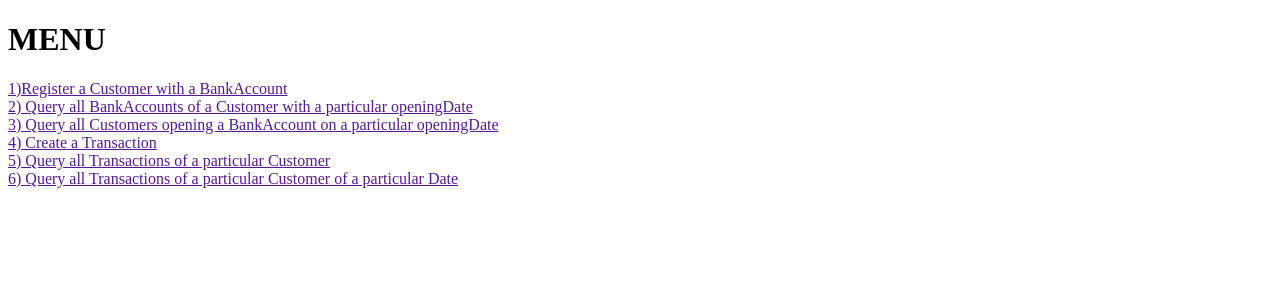
Repository: rajeshmalviya2011/MyRepo
Page: http://localhost/tcjassignment/home.jsp
An editor plug-in stored every save of this project. The page is shown before and after the next save, followed by the edit.
The browser window is 1280 px wide. The pictures show the whole page.
The page is served by Tomcat 9.

Above is the page before, as saved 2020-08-07 12:26:11.

After the next save:
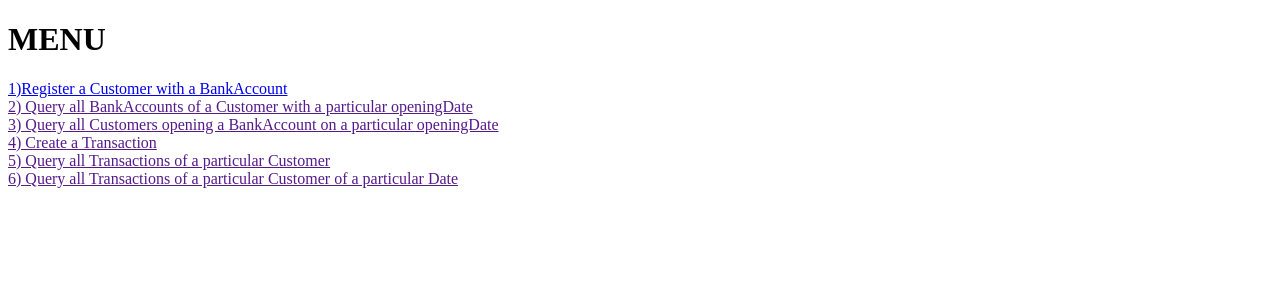
Saved 10 s later.
--- a/tcjassignment/src/main/webapp/home.jsp
+++ b/tcjassignment/src/main/webapp/home.jsp
@@ -9,7 +9,7 @@
 <body>
 <h1>MENU</h1>
 
-<a href="">1)Register a Customer with a BankAccount</a><br>
+<a href="register">1)Register a Customer with a BankAccount</a><br>
 
 <a href="">2) Query all BankAccounts of a Customer with a particular openingDate</a><br>
 
